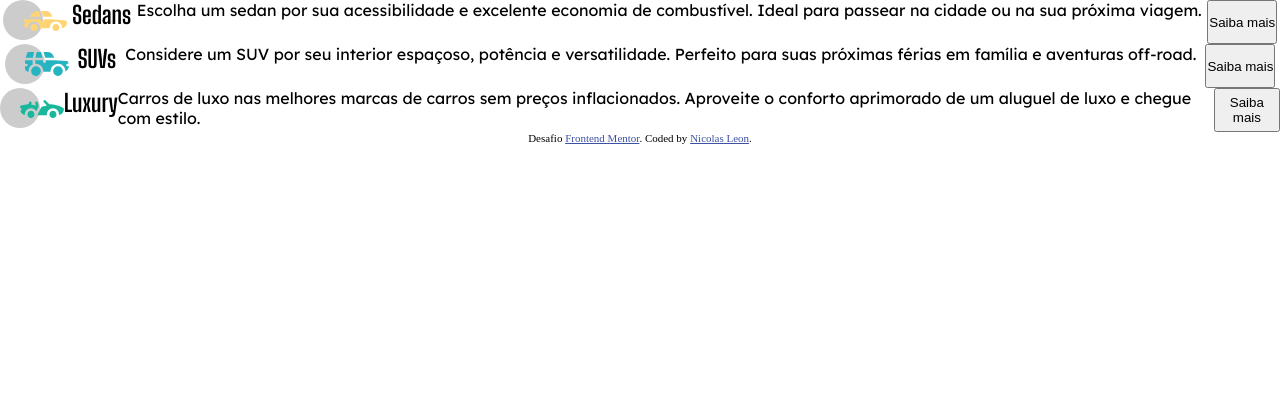
Repository: Leonngc/Car-cards
Page: index.html
The author's editor kept a copy of each file at every save. The page is drawn from the files as they stood at one save, then again after the next save.
The browser window is 1280 px wide. The pictures show the whole page.

Above is the page before, as saved 2023-01-17 12:16:28.

After the next save:
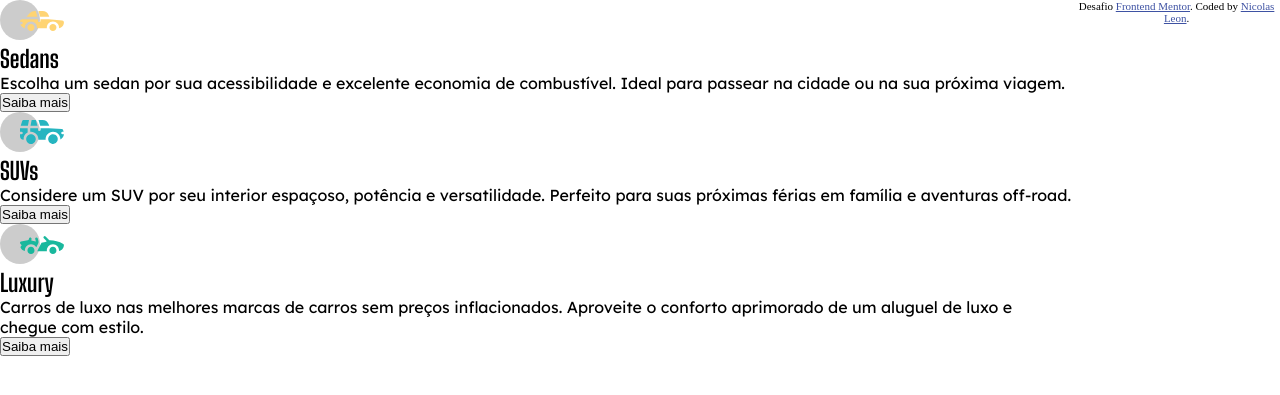
Saved 4 s later.
--- a/styles/style.css
+++ b/styles/style.css
@@ -21,7 +21,7 @@
     font-family: var(--font-body);
 }
 
-.card{
+body{
     display: flex;
 
 }
